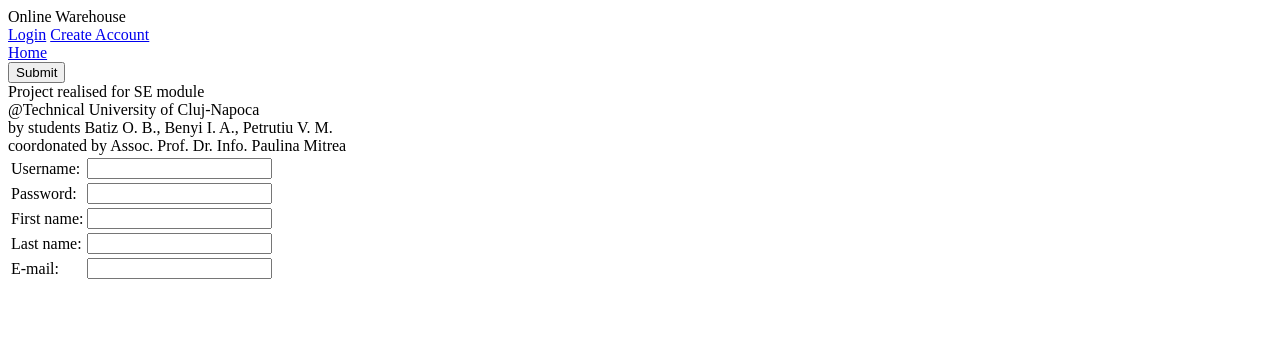
Repository: orsi-batiz/SEwithJSP
Page: http://localhost/OnlineWarehouse/createAccount.jsp
These files come from the project's save history. The page is drawn as it stood at one moment and after the next save; the edit follows.
The browser window is 1280 px wide. The pictures show the whole page.
The page is served by Tomcat 9. Other server files are loaded and not shown.

Above is the page before, as saved 2019-01-16 12:21:05.

### OnlineWarehouse/OnlineWarehouse/WebContent/createAccount.jsp
<%@ page language="java" contentType="text/html; charset=ISO-8859-1"
    pageEncoding="ISO-8859-1"%>
<!DOCTYPE html>
<html>
<head>
<meta charset="ISO-8859-1">
<title>Create account</title>
</head>
<body>
<jsp:include page="header.jsp" />
<jsp:include page="menu.jsp" />

<form action="createAccount" method="post">
			<table style="with: 50%">
				<tr>
					<td>Username: </td>
					<td><input type="text" name="username" /></td>
				</tr>
				<tr>
					<td>Password: </td>
					<td><input type="password" name="password" /></td>
				</tr>
				<tr>
					<td>First name:</td>
					<td><input type="text" name="firstName" /></td>
				</tr>
					<tr>
					<td>Last name:</td>
					<td><input type="text" name="lastName" /></td>
				</tr>
					<tr>
					<td>E-mail:</td>
					<td><input type="text" name="email" /></td>
				</tr>

			<input type="submit" value="Submit" /></form>

<jsp:include page="footer.jsp" />
</body>
</html>

### OnlineWarehouse/OnlineWarehouse/WebContent/header.jsp
<%@ page language="java" contentType="text/html; charset=UTF-8"
    pageEncoding="UTF-8"%>
<%@ taglib uri="http://java.sun.com/jsp/jstl/core" prefix="c"%>

<div class="header-container">

    <div class="site-name">Online Warehouse</div>

    <div class="header-bar">
    	<!--
        <c:if test="${pageContext.request.userPrincipal.name != null}">
        Hello
           <a href="${pageContext.request.contextPath}/accountInfo">
                ${pageContext.request.userPrincipal.name} </a>
         &nbsp;|&nbsp;
           <a href="${pageContext.request.contextPath}/logout">Logout</a>

        </c:if>
        <c:if test="${pageContext.request.userPrincipal.name == null}">
            <a href="${pageContext.request.contextPath}/login">Login</a>
            <a href="${pageContext.request.contextPath}/createAccount">Create Account</a>
        </c:if>
        -->
        <a href="${pageContext.request.contextPath}/login.jsp" >Login</a>
        <a href="${pageContext.request.contextPath}/createAccount.jsp" >Create Account</a>
    </div>
</div>

### OnlineWarehouse/OnlineWarehouse/WebContent/menu.jsp
<%@ page language="java" contentType="text/html; charset=UTF-8"
    pageEncoding="UTF-8"%>

<div class="menu-container">

   <a href="${pageContext.request.contextPath}/index.jsp">Home</a>
   <!-- |
   <a href="${pageContext.request.contextPath}/productList">
      Product List
   </a>
   |
   <a href="${pageContext.request.contextPath}/shoppingCart">
      My Cart
   </a>
   |
   <security:authorize  access="hasAnyRole('ROLE_MANAGER','ROLE_EMPLOYEE')">
     <a href="${pageContext.request.contextPath}/orderList">
         Order List
     </a>
     |
   </security:authorize>

   <security:authorize  access="hasRole('ROLE_MANAGER')">
         <a href="${pageContext.request.contextPath}/product">
                        Create Product
         </a>
         |
   </security:authorize>
  -->
</div>

### OnlineWarehouse/OnlineWarehouse/WebContent/footer.jsp
<%@ page language="java" contentType="text/html; charset=UTF-8"
    pageEncoding="UTF-8"%>


<div class="footer-container">

   Project realised for SE module
   <br>
   @Technical University of Cluj-Napoca
   <br>
   by students Batiz O. B., Benyi I. A., Petrutiu V. M.
   <br>
   coordonated by Assoc. Prof. Dr. Info. Paulina Mitrea

</div>

After the next save:
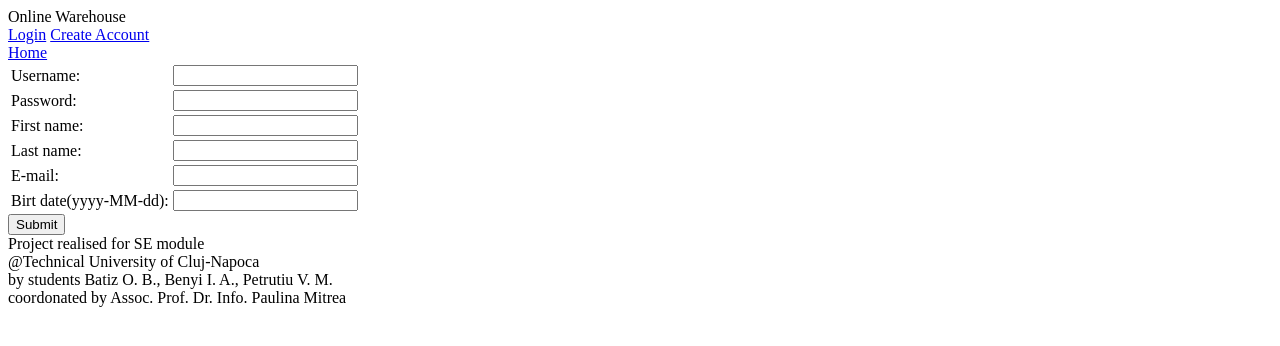
Saved 94 s later.
--- a/OnlineWarehouse/OnlineWarehouse/WebContent/createAccount.jsp
+++ b/OnlineWarehouse/OnlineWarehouse/WebContent/createAccount.jsp
@@ -28,11 +28,15 @@
 					<td>Last name:</td>
 					<td><input type="text" name="lastName" /></td>
 				</tr>
-					<tr>
-					<td>E-mail:</td>
+				<tr>
+					<td>E-mail: </td>
 					<td><input type="text" name="email" /></td>
 				</tr>
-
+				<tr>
+					<td>Birt date(yyyy-MM-dd): </td>
+					<td><input type="text" name="birthDate" /></td>
+				</tr>
+				</table>
 			<input type="submit" value="Submit" /></form>
 
 <jsp:include page="footer.jsp" />
